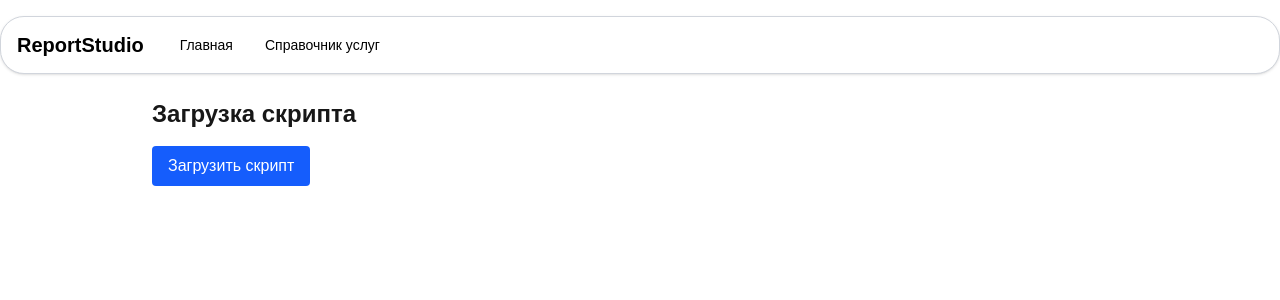
Repository: vladzap2423/report_studio_v2
Page: /load
An editor plug-in stored every save of this project. The page is shown before and after the next save, followed by the edit.
The browser window is 1280 px wide. The pictures show the whole page.
The project was rebuilt for these pictures with package versions that can differ from the ones it lists, and the page was loaded fresh each time. The framework's server and built-in components were replaced by stand-ins that run in the browser. Also part of the build but not shown: next.config.ts.

Above is the page before, as saved 2026-03-16 15:43:44.

After the next save:
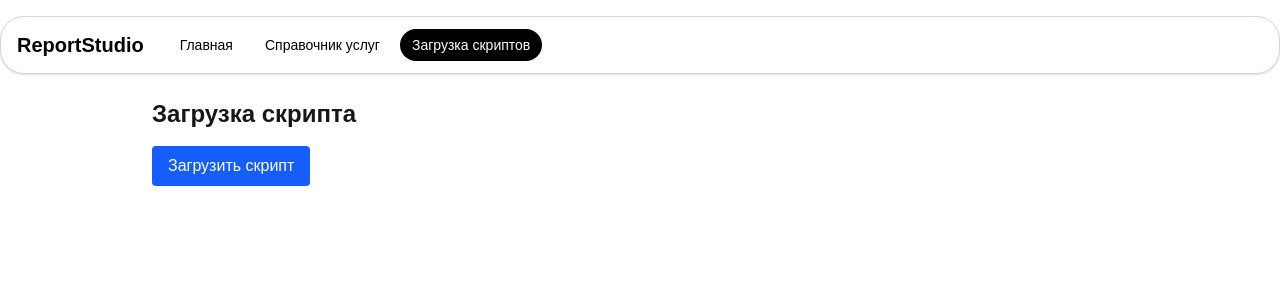
Saved 5 min 7 s later.
--- a/src/app/layout.tsx
+++ b/src/app/layout.tsx
@@ -34,6 +34,7 @@ export default function RootLayout({
           links={[
             { label: "Главная", href: "/" },
             { label: "Справочник услуг", href: "/services" },
+            { label:"Загрузка скриптов", href: "/load"}
           ]}
         />
         {children}
